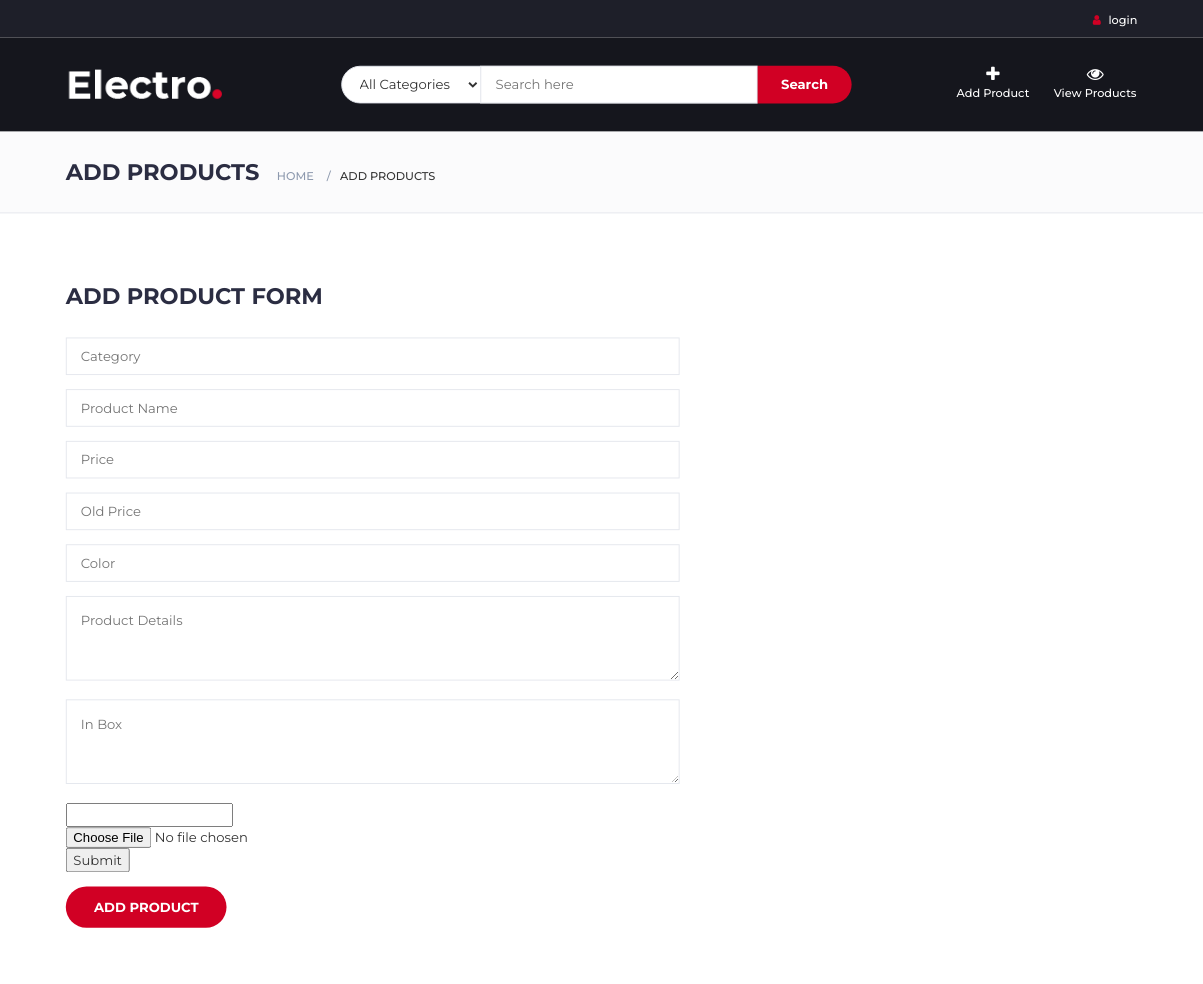
Repository: kinjalsavaliya263/JAVA
Page: http://localhost/electro-master/addproduct.jsp
The author's editor kept a copy of each file at every save. The page is drawn from the files as they stood at one save, then again after the next save.
The browser window is 1280 px wide. The pictures show the whole page, at 94% of full size.
The page is served by Tomcat 9. Other server files are loaded and not shown. The template is opened directly, without the code that normally fills it, so the values that code supplies are empty.

Above is the page before, as saved 2023-04-04 15:50:53.

### electro-master/src/main/webapp/addproduct.jsp
<%@ page language="java" contentType="text/html; charset=UTF-8"
	pageEncoding="UTF-8"%>
<%@ include file="sellerheader.jsp"%>
<!DOCTYPE html>
<html>
<head>
<meta charset="UTF-8">
<title>Electro -Ecommerce</title>

</head>
<body>
	<!-- BREADCRUMB -->
	<div id="breadcrumb" class="section">
		<!-- container -->
		<div class="container">
			<!-- row -->
			<div class="row">
				<div class="col-md-12">
					<h3 class="breadcrumb-header">Add Products</h3>
					<ul class="breadcrumb-tree">
						<li><a href="#">Home</a></li>
						<li class="active">Add Products</li>
					</ul>
				</div>
			</div>
			<!-- /row -->
		</div>
		<!-- /container -->
	</div>
	<!-- /BREADCRUMB -->

	<!-- SECTION -->
	<div class="section">
		<!-- container -->
		<div class="container">
			<!-- row -->
			<div class="row">

				<div class="col-md-7">
					<!-- Add Product -->
					<form action="addproduct" method="post"
						enctype="multipart/form-data">
						<div class="billing-details">
							<span class="text-danger">${msg}</span> <span
								class="text-success">${msg1}</span>
							<div class="section-title">
								<h3 class="title">Add Product Form</h3>
							</div>


							<input type="hidden" name="uid" id="uid">

							<div class="form-group">
								<input class="input" type="text" name="category"
									placeholder="Category" id="category">
							</div>
							<div class="form-group">
								<input class="input" type="text" name="pname"
									placeholder="Product Name" id="pname">
							</div>
							<div class="form-group">
								<input class="input" type="number" name="price"
									placeholder="Price" id="price">
							</div>
							<div class="form-group">
								<input class="input" type="number" name="oldprice"
									placeholder="Old Price" id="oldprice">
							</div>
							<div class="form-group">
								<input class="input" type="text" name="color"
									placeholder="Color" id="color">
							</div>

							<div class="form-group">
								<textarea cols="3" class="input" name="details"
									placeholder="Product Details" id="details"></textarea>
							</div>
							<div class="form-group">
								<textarea cols="3" class="input" name="inbox"
									placeholder="In Box" id="inbox"></textarea>
							</div>
							<div class="form-group">
								<input type="text" name="image"> <input type="file"
									name="image"> <input type="submit">
							</div>

							<div class="form-group">
								<button type="submit" class="primary-btn order-submit">Add
									Product</button>
							</div>

						</div>
					</form>
					<!-- /Add Product -->



				</div>


			</div>
			<!-- /row -->
		</div>
		<!-- /container -->
	</div>
	<!-- /SECTION -->



</body>
</html>

### electro-master/src/main/webapp/sellerheader.jsp

<%@page import="model.User"%>
<%@ page language="java" contentType="text/html; charset=UTF-8"
	pageEncoding="UTF-8"%>
<!DOCTYPE html>
<html>
<head>
<meta charset="UTF-8">
<title>Electro -Ecommerce</title>
<link
	href="https://fonts.googleapis.com/css?family=Montserrat:400,500,700"
	rel="stylesheet">

<!-- Bootstrap -->
<link type="text/css" rel="stylesheet" href="css/bootstrap.min.css" />

<!-- Slick -->
<link type="text/css" rel="stylesheet" href="css/slick.css" />
<link type="text/css" rel="stylesheet" href="css/slick-theme.css" />

<!-- nouislider -->
<link type="text/css" rel="stylesheet" href="css/nouislider.min.css" />

<!-- Font Awesome Icon -->
<link rel="stylesheet" href="css/font-awesome.min.css">

<!-- Custom stlylesheet -->
<link type="text/css" rel="stylesheet" href="css/style.css" />

<!-- HTML5 shim and Respond.js for IE8 support of HTML5 elements and media queries -->
<!-- WARNING: Respond.js doesn't work if you view the page via file:// -->
<!--[if lt IE 9]>
		  <script src="https://oss.maxcdn.com/html5shiv/3.7.3/html5shiv.min.js"></script>
		  <script src="https://oss.maxcdn.com/respond/1.4.2/respond.min.js"></script>
		<![endif]-->
</head>
<body>
	<!-- HEADER -->
	<header>
		<!-- TOP HEADER -->
		<div id="top-header">
			<div class="container">

				<%
				/* String email = (String) session.getAttribute("email"); */
				User us = (User) request.getAttribute("use");
				%>



				<ul class="header-links pull-left">

				</ul>
				<ul class="header-links pull-right">




					<%
					if (us != null) {
					%>

					<li><a href="myprofile?email=<%=us.getEmail()%>"><i
							class="fa fa-user"></i>My Profile</a></li>
					<li><a href="changepass.jsp?email=<%=us.getEmail()%>"><i
							class="fa fa-key"></i>Change Password</a></li>
					<li style="color: white;"><b>Welcome <%=us.getFname()%> <%=us.getLname()%></b></li>
					<li><a href="logout.jsp"><i class="fa fa-user"></i>Logout</a></li>
					<%
					} else {
					%>

					<li><a href="login.jsp"><i class="fa fa-user"></i> login</a></li>
					<%
					}
					%>


				</ul>
			</div>
		</div>
		<!-- /TOP HEADER -->

		<!-- MAIN HEADER -->
		<div id="header">
			<!-- container -->
			<div class="container">
				<!-- row -->
				<div class="row">
					<!-- LOGO -->
					<div class="col-md-3">
						<div class="header-logo">
							<a href="#" class="logo"> <img src="./img/logo.png" alt="">
							</a>
						</div>
					</div>
					<!-- /LOGO -->

					<!-- SEARCH BAR -->
					<div class="col-md-6">
						<div class="header-search">
							<form>
								<select class="input-select">
									<option value="0">All Categories</option>
									<option value="1">Category 01</option>
									<option value="1">Category 02</option>
								</select> <input class="input" placeholder="Search here">
								<button class="search-btn">Search</button>
							</form>
						</div>
					</div>
					<!-- /SEARCH BAR -->

					<!-- ACCOUNT -->
					<div class="col-md-3 clearfix">
						<div class="header-ctn">
							<!-- Add Product -->
							<div>
								<a href="addproduct.jsp"> <i class="fa fa-plus"></i> <span>Add
										Product</span>
								</a>
							</div>
							<!-- /Add Product -->

							<!-- View Product -->
							<div >
								<a href="viewproduct.jsp"> <i class="fa fa-eye"></i> <span>View
										Products</span>
								</a>

							</div>
							<!-- /View Product -->


						</div>
					</div>
					<!-- /ACCOUNT -->
				</div>
				<!-- row -->
			</div>
			<!-- container -->
		</div>
		<!-- /MAIN HEADER -->
	</header>
	<!-- /HEADER -->


</body>
</html>

Loaded but not shown: electro-master/src/main/webapp/css/bootstrap.min.css (library); electro-master/src/main/webapp/css/slick.css (common file); electro-master/src/main/webapp/css/slick-theme.css (library); electro-master/src/main/webapp/css/nouislider.min.css (library); electro-master/src/main/webapp/css/font-awesome.min.css (library); electro-master/src/main/webapp/css/style.css (2191 lines, source omitted)

After the next save:
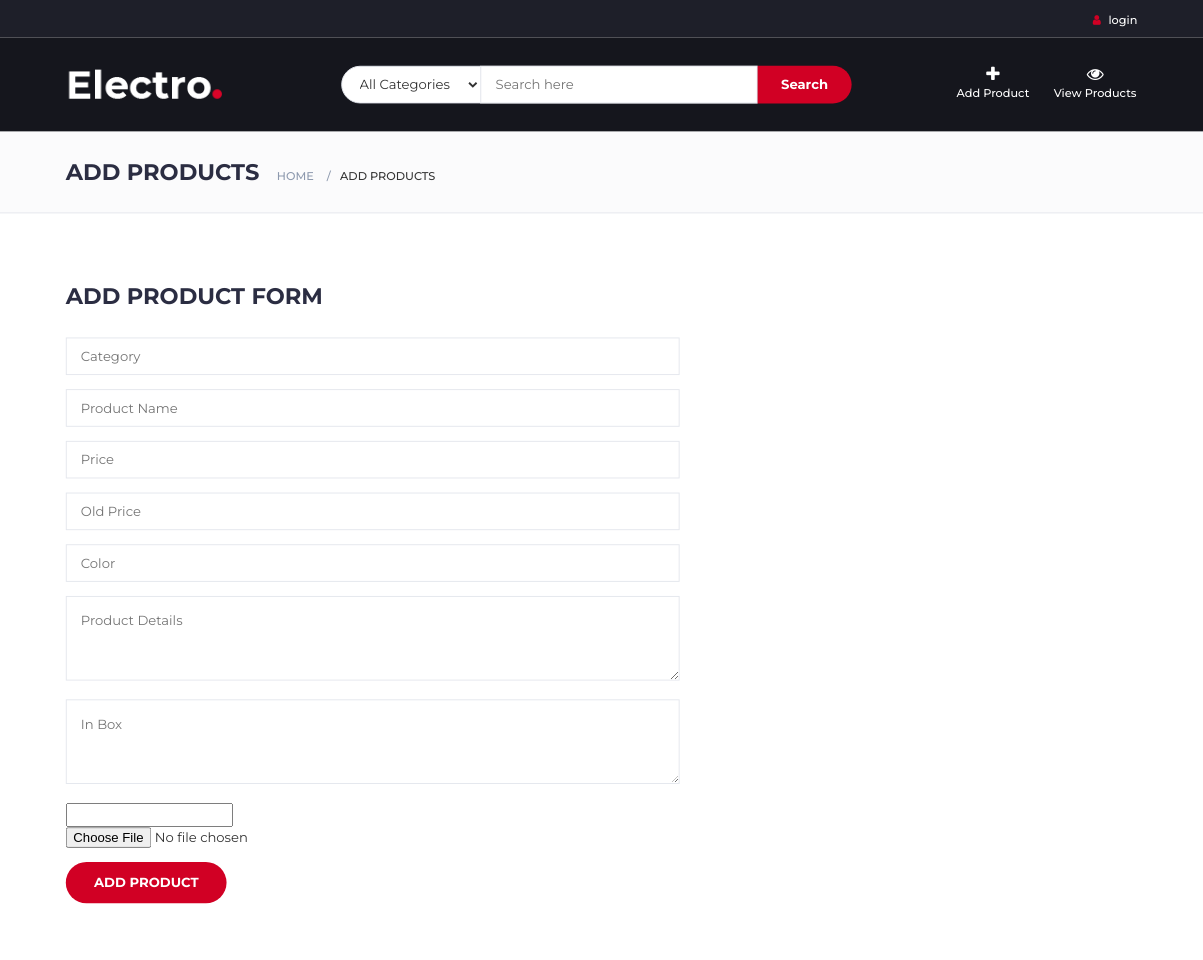
Saved 70 s later.
--- a/electro-master/src/main/webapp/addproduct.jsp
+++ b/electro-master/src/main/webapp/addproduct.jsp
@@ -81,7 +81,7 @@
 							</div>
 							<div class="form-group">
 								<input type="text" name="image"> <input type="file"
-									name="image"> <input type="submit">
+									name="image">
 							</div>
 
 							<div class="form-group">
